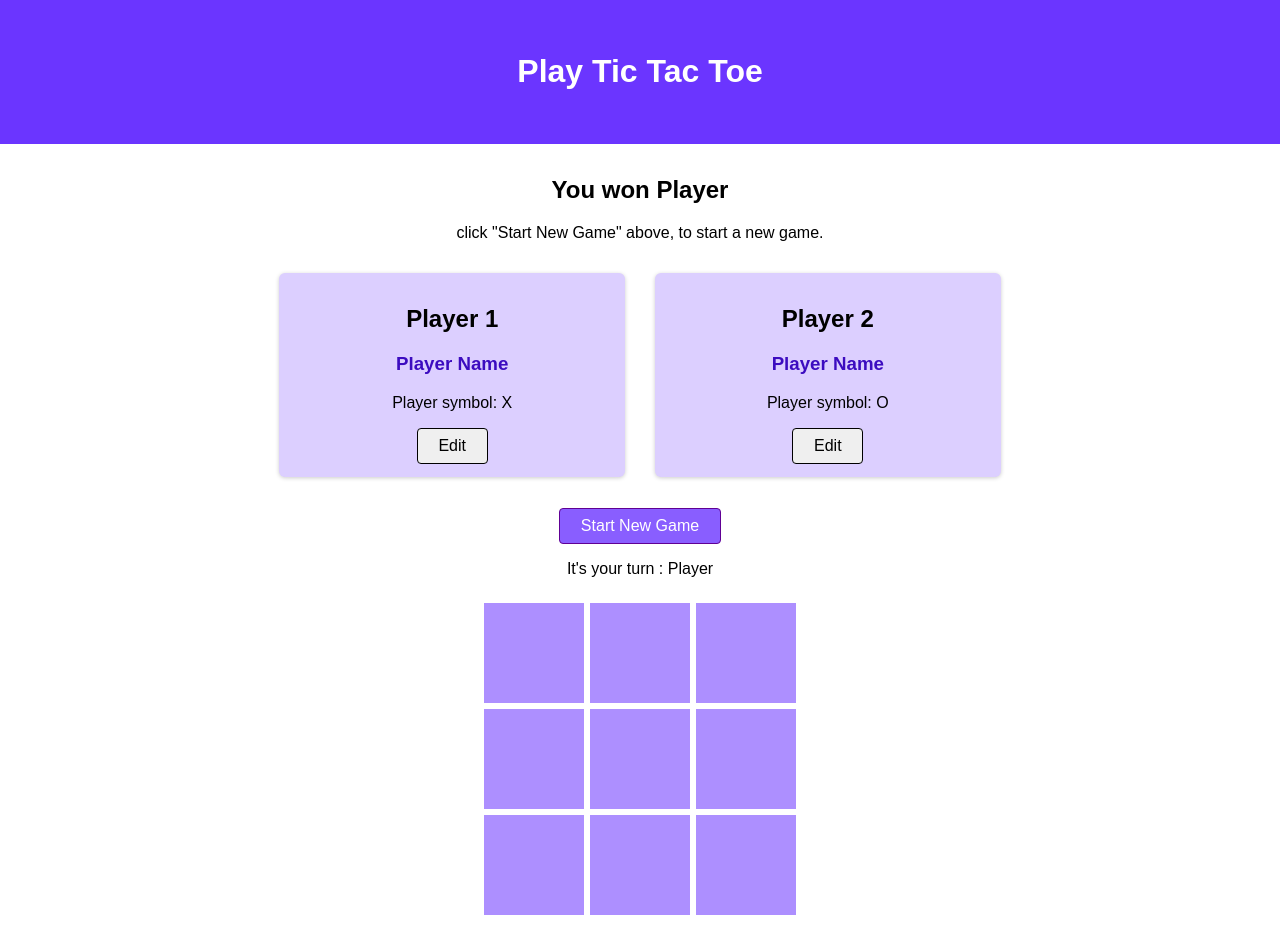
Repository: Harjot00/Wevdev
Page: Tic tac toe/index.html
These files come from the project's save history. The page is drawn as it stood at one moment and after the next save; the edit follows.
The browser window is 1280 px wide. The pictures show the whole page.
Some web fonts or font styles are not loaded; a fallback is used.

Above is the page before, as saved 2022-05-21 19:51:25.

After the next save:
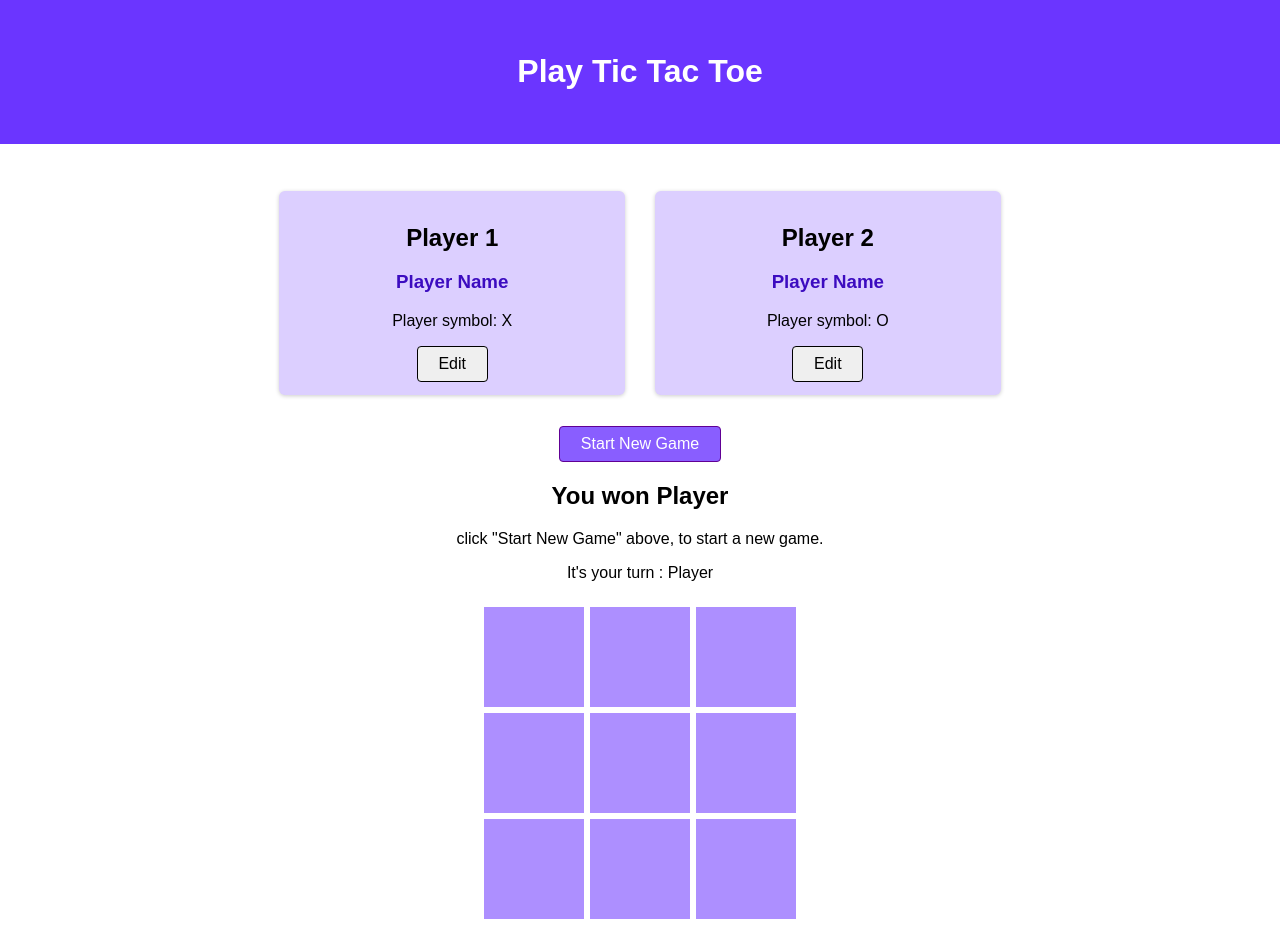
Saved 82 s later.
--- a/Tic tac toe/index.html
+++ b/Tic tac toe/index.html
@@ -29,10 +29,7 @@
                 </div>
             </form>
         </aside>
-        <section>
-            <h2>You won Player</h2>
-            <p>click "Start New Game" above, to start a new game. </p>
-        </section>
+
         <div id="gamestyle">
             <ol>
                 <li>
@@ -51,6 +48,10 @@
             <button id="start-btn">Start New Game</button>
         </div>
          <section id="active-game">
+             <div id="game-over">
+                <h2>You won Player</h2>
+                <p>click "Start New Game" above, to start a new game. </p>
+             </div>
              <p >It's your turn : Player</p>
              <ol class="game-board">
                  <li></li>
